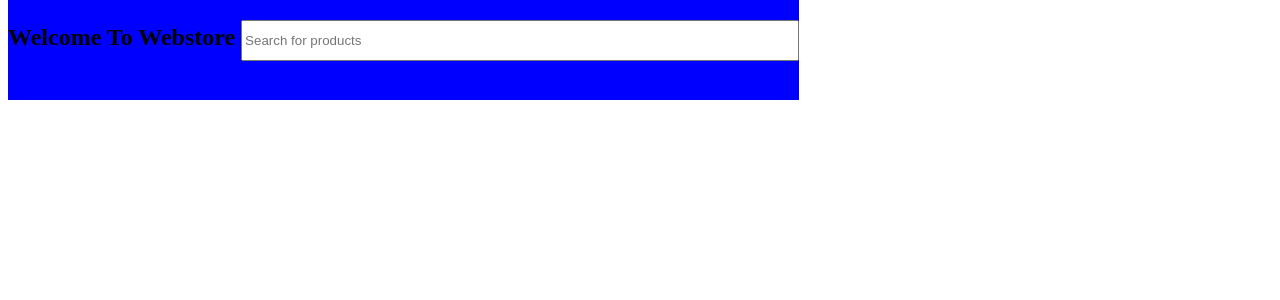
Repository: sourogithub/Final-yr-project-using-j2ee
Page: http://localhost/Webstore/JSP Pages/Front.jsp
The author's editor kept a copy of each file at every save. The page is drawn from the files as they stood at one save, then again after the next save.
The browser window is 1280 px wide. The pictures show the whole page.
The page is served by Tomcat 9.

Above is the page before, as saved 2017-04-11 08:20:38.

### Webstore/WebContent/JSP Pages/Front.jsp
<%@ page language="java" contentType="text/html; charset=ISO-8859-1"
    pageEncoding="ISO-8859-1"%>
<!DOCTYPE html PUBLIC "-//W3C//DTD HTML 4.01 Transitional//EN" "http://www.w3.org/TR/html4/loose.dtd">
<html>
<head>
<meta http-equiv="Content-Type" content="text/html; charset=ISO-8859-1">
<title>Insert title here</title>
</head>
<body>
<div id="top"  style="background:blue; height:100px;position:absolute;top:0px">
<h2 >Welcome To Webstore
<input type="text" placeholder="Search for products" required style="border-width:2;width:550px;height:35px"></h2>
</div>
</body>
</html>

After the next save:
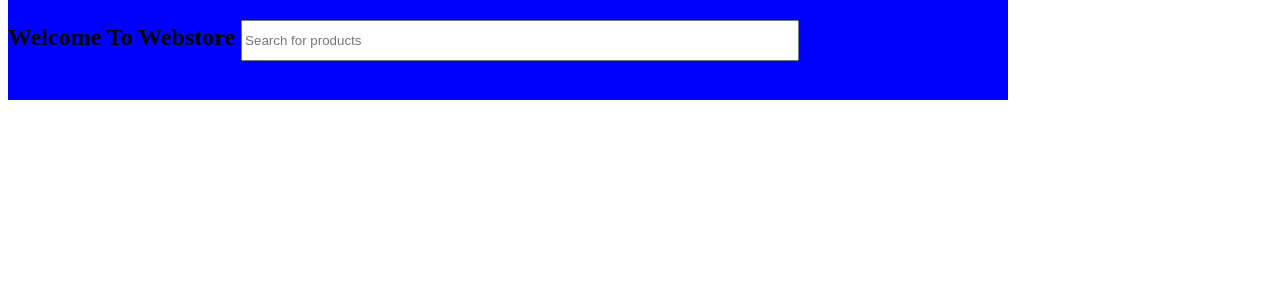
Saved 41 s later.
--- a/Webstore/WebContent/JSP Pages/Front.jsp
+++ b/Webstore/WebContent/JSP Pages/Front.jsp
@@ -7,7 +7,7 @@
 <title>Insert title here</title>
 </head>
 <body>
-<div id="top"  style="background:blue; height:100px;position:absolute;top:0px">
+<div id="top"  style="background:blue; height:100px;position:absolute;top:0px;width:1000px">
 <h2 >Welcome To Webstore
 <input type="text" placeholder="Search for products" required style="border-width:2;width:550px;height:35px"></h2>
 </div>
